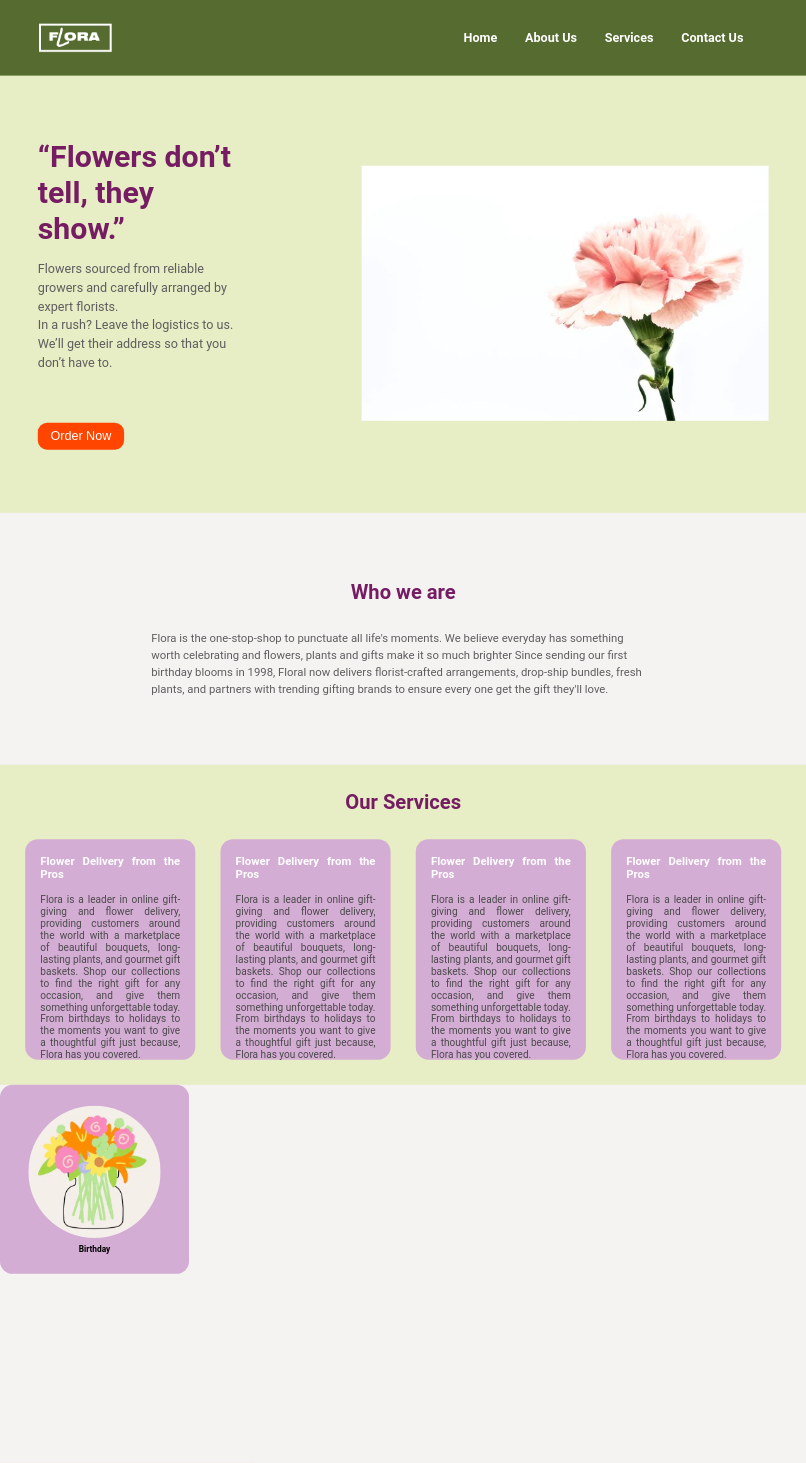
Repository: SaadYasin/test003-flex-box
Page: index.html
An editor plug-in stored every save of this project. The page is shown before and after the next save, followed by the edit.
The browser window is 1280 px wide. The pictures show the whole page, at 63% of full size.

Above is the page before, as saved 2022-11-03 14:54:56.

After the next save:
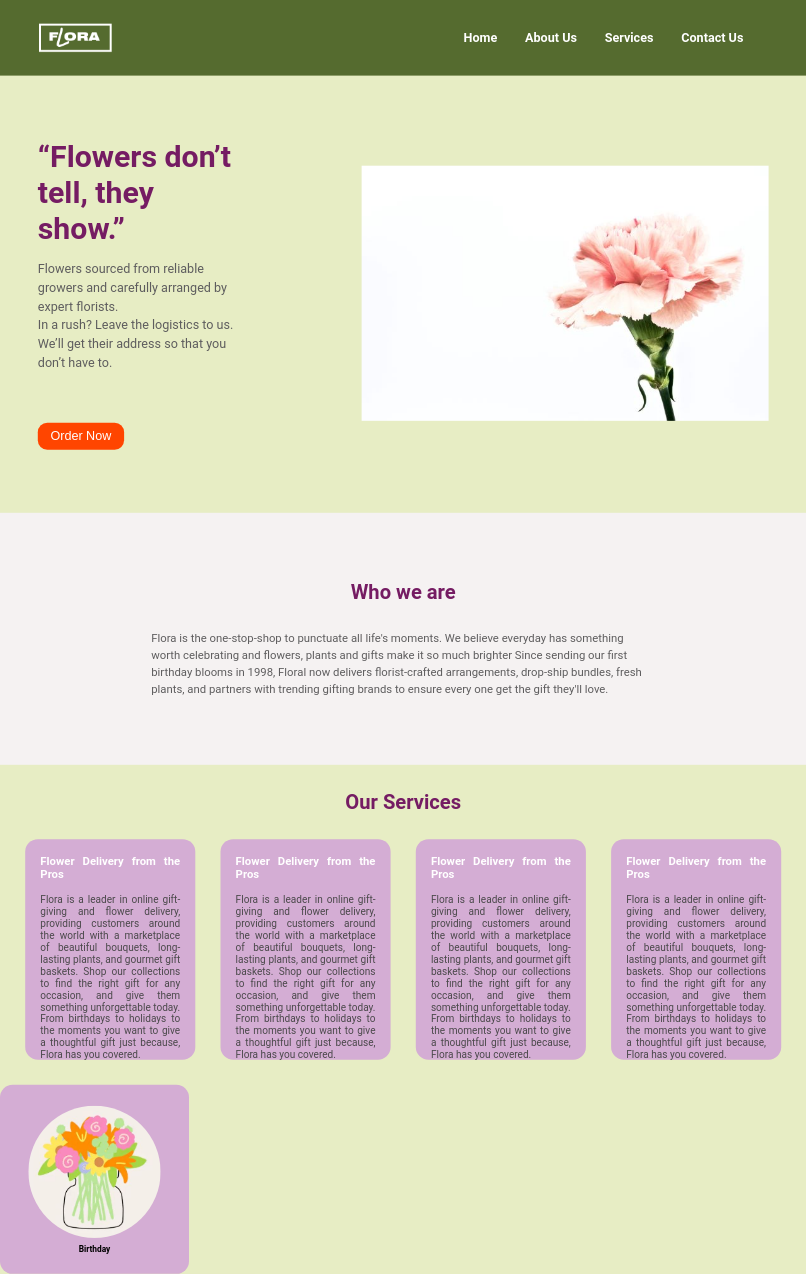
Saved 32 s later.
--- a/style.css
+++ b/style.css
@@ -167,9 +167,3 @@
     border-radius: 50%;
     margin-bottom: 10px;
   }
-
-  #occasions-section .container {
-    width: 100vw;
-    height: 600px;
-    background: rgb(245, 242, 242);
-  }

After the 2 saves that followed:
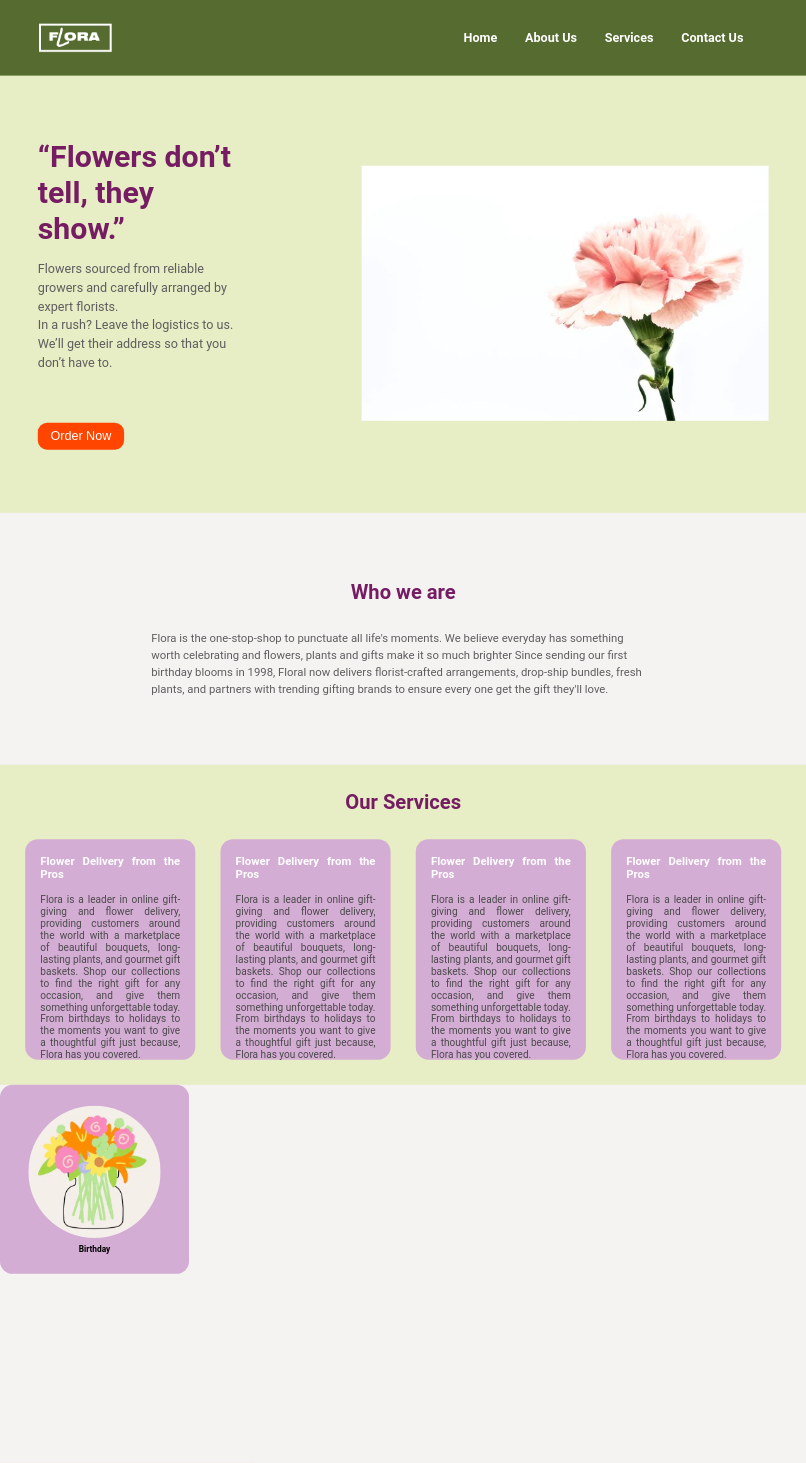
The 2 saves are shown as one change because they came seconds apart.
The last was saved 10 s later.
--- a/style.css
+++ b/style.css
@@ -150,6 +150,12 @@
     margin-top: 20px;
   }
 
+        #occasions-section .container {
+          width: 100vw;
+          height: 600px;
+          background: rgb(245, 242, 242);
+        }
+
   .cat-card {
     display: flex;
     flex-direction: column;
